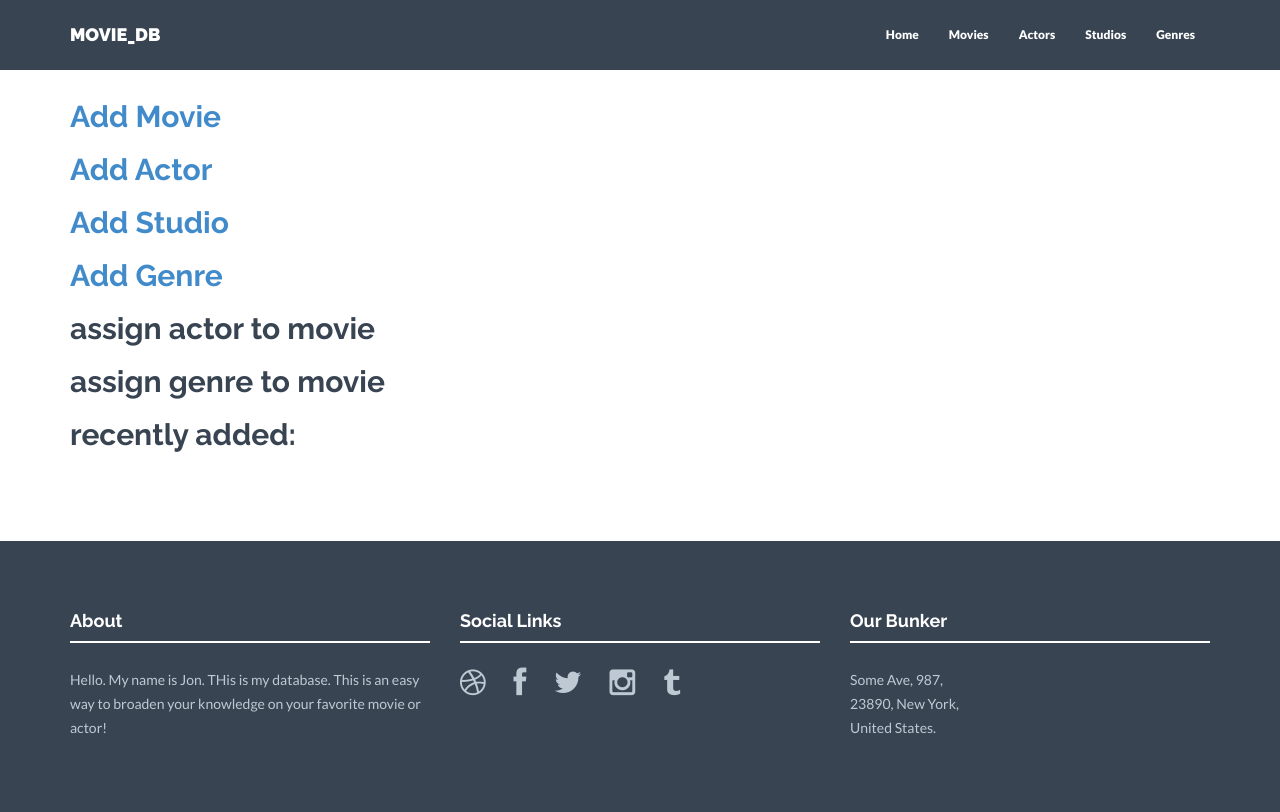
Repository: jonak91/Buzzerd-index
Page: http://localhost/admin.php
The author's editor kept a record of every edit. The page is drawn from the files as they stood at one moment, then again after the next edit.
The browser window is 1280 px wide. The pictures show the whole page.
Some web libraries are served in a nearby version. The page is run by PHP 8.4 with error messages shown; the project is at /var/www/html/.

Above is the page before.
Not found: assets/js/modernizr.js

After the next edit:
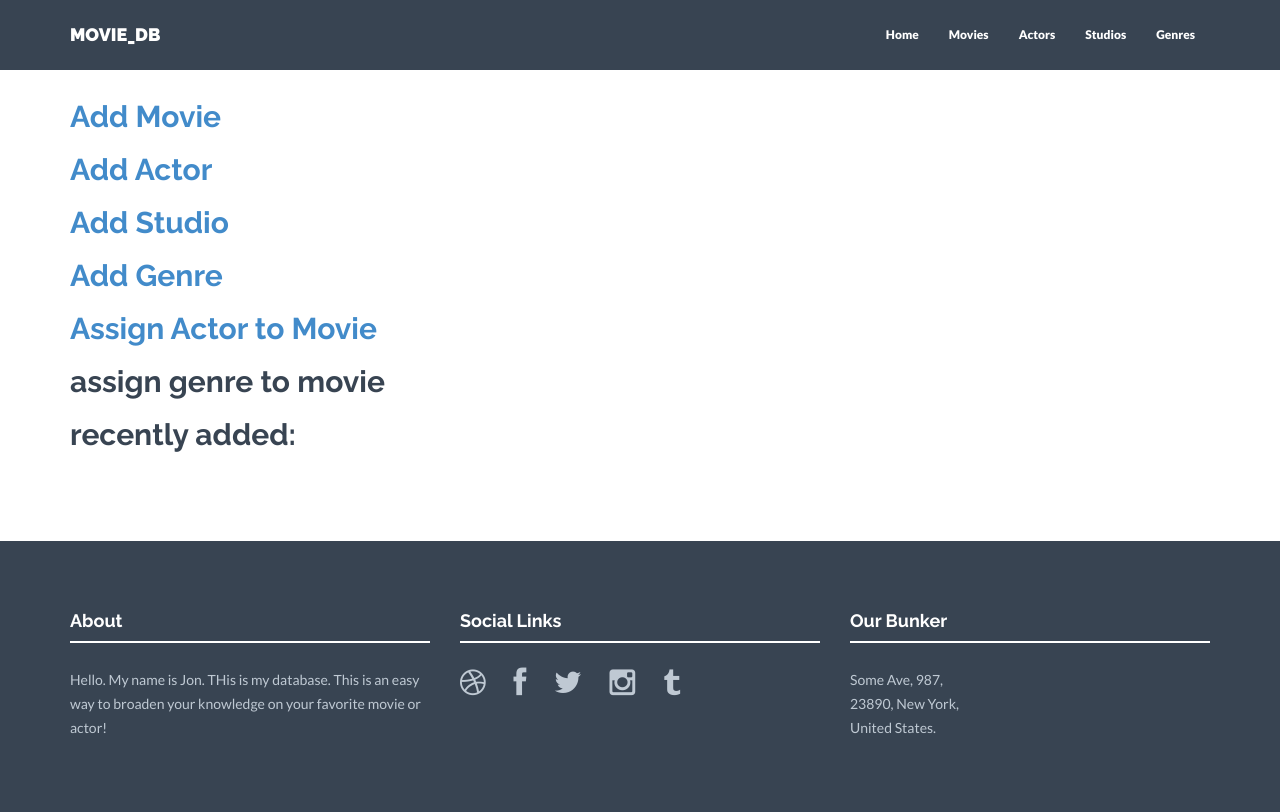
The edit:
--- a/admin.php
+++ b/admin.php
@@ -16,7 +16,7 @@
 						<h2><a href="add_actor.php">Add Actor</a></h2>
 						<h2><a href="add_studio.php">Add Studio</a></h2>
 						<h2><a href="add_genre.php">Add Genre</a></h2>
-						<h2>assign actor to movie</h2>
+						<h2><a href="assign_actortomovie.php">Assign Actor to Movie</a></h2>
 						<h2>assign genre to movie</h2>
 						<h2>recently added:</h2>
 			</div><! --/ MAIN CONTENT AREA -->
